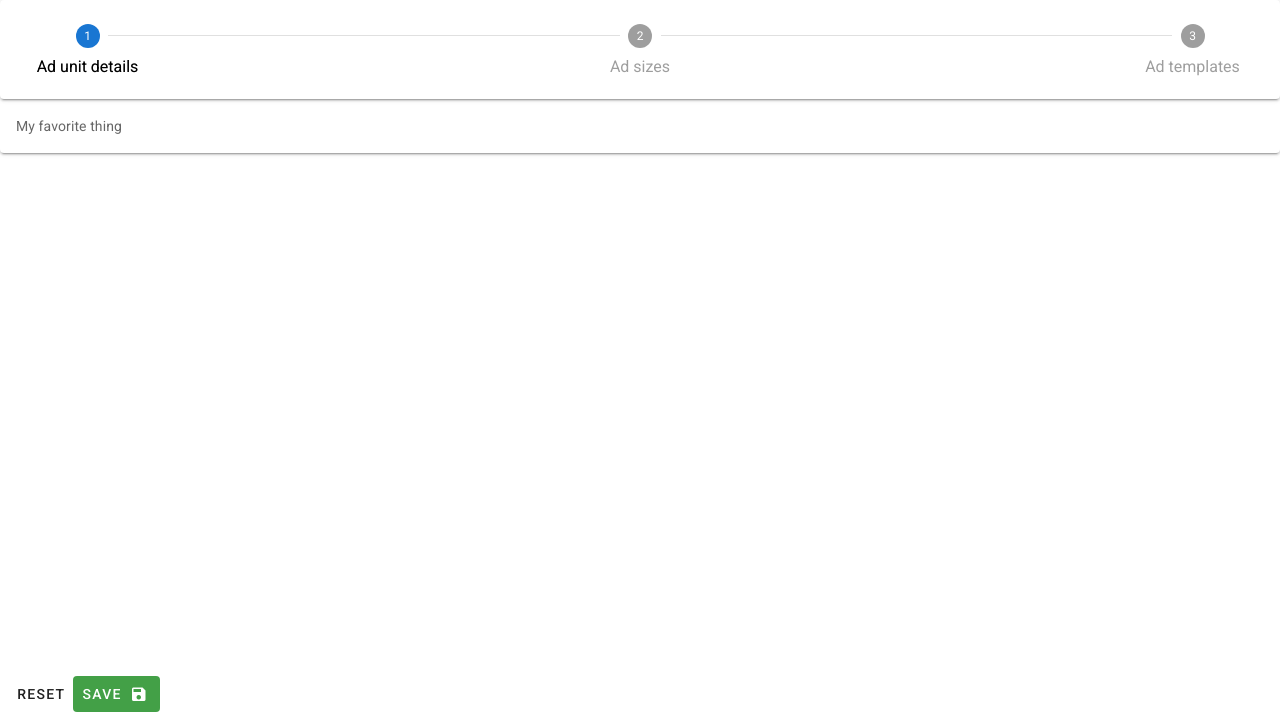
Repository: SidneyHodieb/myc
Page: /addsource
These files come from the project's save history. The page is drawn as it stood at one moment and after the next save; the edit follows.
The browser window is 1280 px wide. The pictures show the whole page.
The project was rebuilt for these pictures with package versions that can differ from the ones it lists, and the page was loaded fresh each time. Also part of the build but not shown: vue.config.js, src/views/Home.vue, src/views/addSource/components/format.vue, src/views/addSource/components/card.vue, src/views/addSource/components/trigger.vue.

Above is the page before, as saved 2021-04-03 18:19:45.

### src/App.vue
<template>
  <v-app>
    <v-main>
      <router-view></router-view>
    </v-main>
  </v-app>
</template>

<script>

export default {
  name: 'App',
  data: () => ({
    //
  }),
};
</script>

### src/router/index.js
import Vue from 'vue'
import VueRouter from 'vue-router'
import Home from '../views/Home.vue'
import addSource from '../views/addSource/column'
import format from '../views/addSource/components/format'
import card from '../views/addSource/components/card'
import trigger from '../views/addSource/components/trigger'

Vue.use(VueRouter)

const routes = [
  {
    path: '/',
    name: 'Home',
    component: Home
  },
  {
    path: '/addsource',
    name: 'addSource',
    component: addSource,
    children: [
      {
        path: 'format',
        component: format
      },
      {
        path: 'card',
        component: card
      },
      {
        path: 'trigger',
        component: trigger
      }
    ]
  },
  {
    path: '/about',
    name: 'About',
    // route level code-splitting
    // this generates a separate chunk (about.[hash].js) for this route
    // which is lazy-loaded when the route is visited.
    component: function () {
      return import(/* webpackChunkName: "about" */ '../views/About.vue')
    }
  }
]

const router = new VueRouter({
  mode: 'history',
  base: process.env.BASE_URL,
  routes
})

export default router

### src/views/addSource/column.vue
<template>
  <v-card>
    <!-- Header -->
      <v-stepper alt-labels>
          <v-stepper-header>
            <v-stepper-step step="1">
              Ad unit details
            </v-stepper-step>

            <v-divider></v-divider>

            <v-stepper-step step="2">
              Ad sizes
            </v-stepper-step>

            <v-divider></v-divider>

            <v-stepper-step step="3">
              Ad templates
            </v-stepper-step>
          </v-stepper-header>
        </v-stepper>

        <!-- Content -->
        <v-card-text>My favorite thing</v-card-text>
        <router-view></router-view>
        <!--Footer  -->


      <!-- <v-row class="">
        <v-col>
          <v-btn
      rounded
      outlined
      color="indigo"
    >
     <v-icon left>
        mdi-arrow-left
      </v-icon>
      Précedent
    </v-btn>
        </v-col>
        <v-col>
          <v-btn
      rounded
      color="primary"
      dark
    >
      Suivant
    </v-btn>
        </v-col>
      </v-row> -->

<v-card-actions style="position:fixed; bottom:0">
      <v-btn
        text
        @click="tree = []"
      >
        Reset
      </v-btn>

      <v-spacer></v-spacer>

      <v-btn
        class="white--text"
        color="green darken-1"
        depressed
      >
        Save
        <v-icon right>
          mdi-content-save
        </v-icon>
      </v-btn>
    </v-card-actions>
   <!--  <v-sheet
      id="scroll-threshold-example"
      class="overflow-y-auto pb-16"
      max-height="600"
    >
      <v-responsive height="1500"></v-responsive>
    </v-sheet> -->
  </v-card>
</template>

<script>
export default {

}
</script>

<style>

</style>

Loaded but not shown: public/index.html (common file); src/main.js (common file); src/store/index.js (common file); src/plugins/vuetify.js (common file)

After the next save:
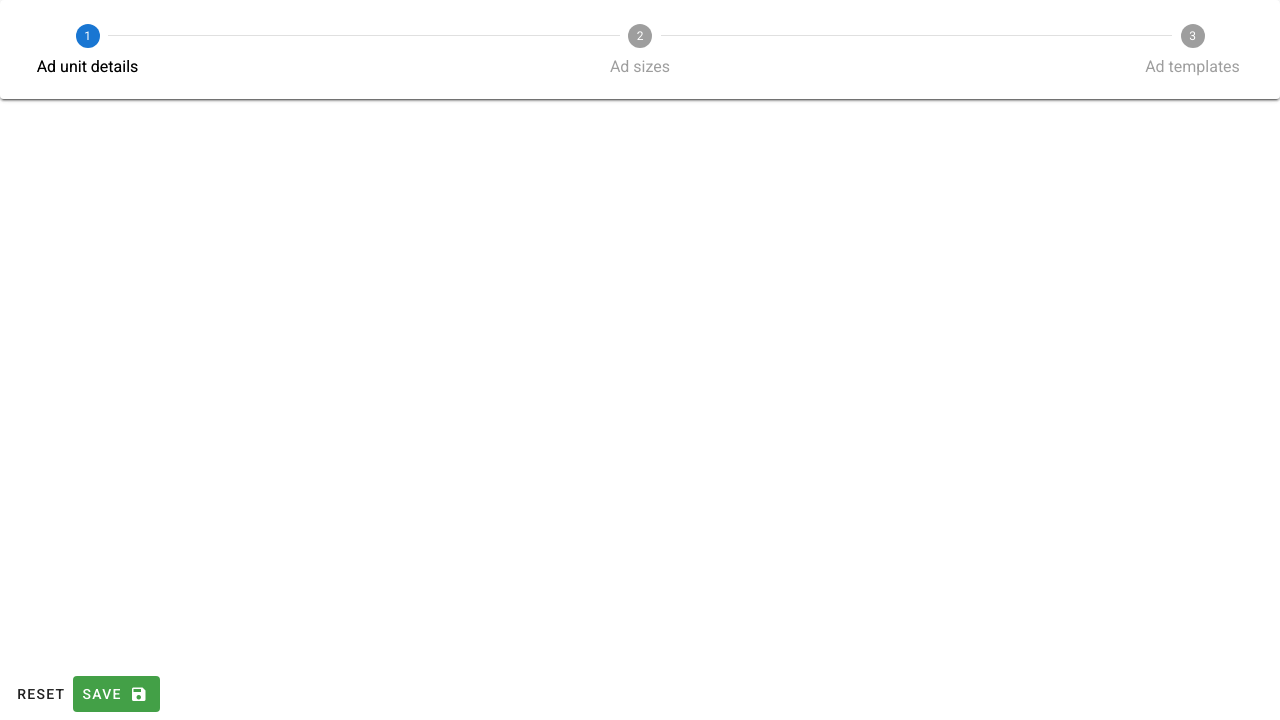
Saved 33 s later.
--- a/src/views/addSource/column.vue
+++ b/src/views/addSource/column.vue
@@ -22,7 +22,7 @@
         </v-stepper>
 
         <!-- Content -->
-        <v-card-text>My favorite thing</v-card-text>
+        <!-- <v-card-text>My favorite thing</v-card-text> -->
         <router-view></router-view>
         <!--Footer  -->
 
